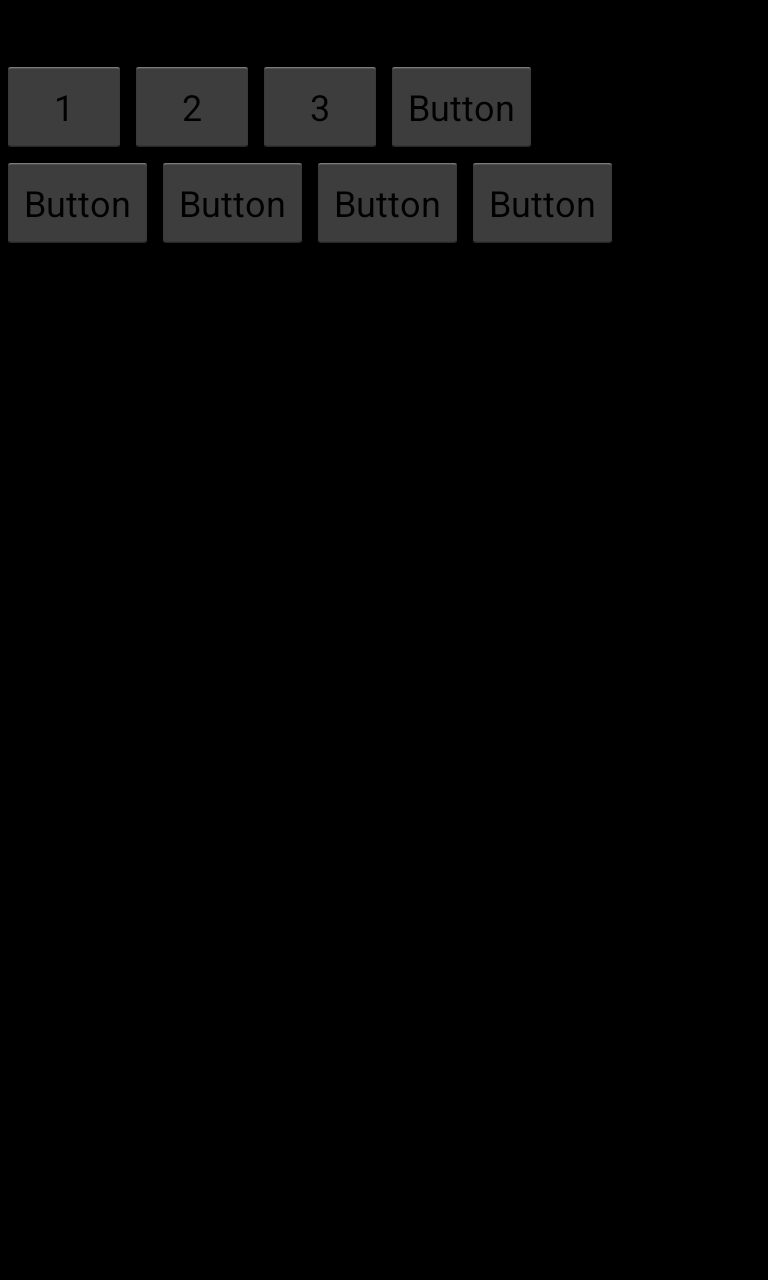
Repository: moetmd/learning-Android
Layout: Calculator/res/layout/activity_main.xml
The author's editor kept a copy of each file at every save. The layout is drawn from the files as they stood at one save, then again after the next save.
It is drawn on a 768 x 1280 px phone screen (xhdpi) without system bars, with theme AppTheme; the app's code is not run.

Above is the layout before, as saved 2014-11-19 12:52:09.

### Calculator/res/layout/activity_main.xml
<FrameLayout xmlns:android="http://schemas.android.com/apk/res/android"
    xmlns:tools="http://schemas.android.com/tools"
    android:id="@+id/container"
    android:background="#000"
    android:layout_width="match_parent"
    android:layout_height="match_parent"
    tools:context="com.niit.calculator.MainActivity"
    tools:ignore="MergeRootFrame" >

    <LinearLayout
        android:layout_width="match_parent"
        android:layout_height="match_parent"
        android:orientation="vertical" >


        <!-- 屏幕    独占一行 -->
        <TextView
            android:id="@+id/textView1"
            android:layout_width="match_parent"
            android:layout_height="wrap_content"
            android:text="Large Text"
            android:textAppearance="?android:attr/textAppearanceLarge" />

        <!-- 第一行数字键 -->
        <LinearLayout
            android:layout_width="match_parent"
            android:layout_height="wrap_content" >
            <Button
                android:id="@+id/button1"
                android:layout_width="wrap_content"
                android:layout_height="wrap_content"
                android:text="1" />

            <Button
                android:id="@+id/button2"
                android:layout_width="wrap_content"
                android:layout_height="wrap_content"
                android:text="2" />

            <Button
                android:id="@+id/button3"
                android:layout_width="wrap_content"
                android:layout_height="wrap_content"
                android:text="3" />

            <Button
                android:id="@+id/button4"
                android:layout_width="wrap_content"
                android:layout_height="wrap_content"
                android:text="Button" />
        </LinearLayout>
        <!-- 第一行数字键结束 -->

       	<!-- 第二行数字键 -->
        <LinearLayout
            android:layout_width="match_parent"
            android:layout_height="wrap_content" >
            <Button
                android:id="@+id/button1"
                android:layout_width="wrap_content"
                android:layout_height="wrap_content"
                android:text="Button" />

            <Button
                android:id="@+id/button2"
                android:layout_width="wrap_content"
                android:layout_height="wrap_content"
                android:text="Button" />

            <Button
                android:id="@+id/button3"
                android:layout_width="wrap_content"
                android:layout_height="wrap_content"
                android:text="Button" />

            <Button
                android:id="@+id/button4"
                android:layout_width="wrap_content"
                android:layout_height="wrap_content"
                android:text="Button" />
        </LinearLayout>
        <!-- 第二行数字键结束 -->

    </LinearLayout>

</FrameLayout>

Loaded but not shown: Calculator/res/values/styles.xml (common file); Calculator/res/values-v11/styles.xml (common file); Calculator/res/values-v14/styles.xml (common file)

After the next save:
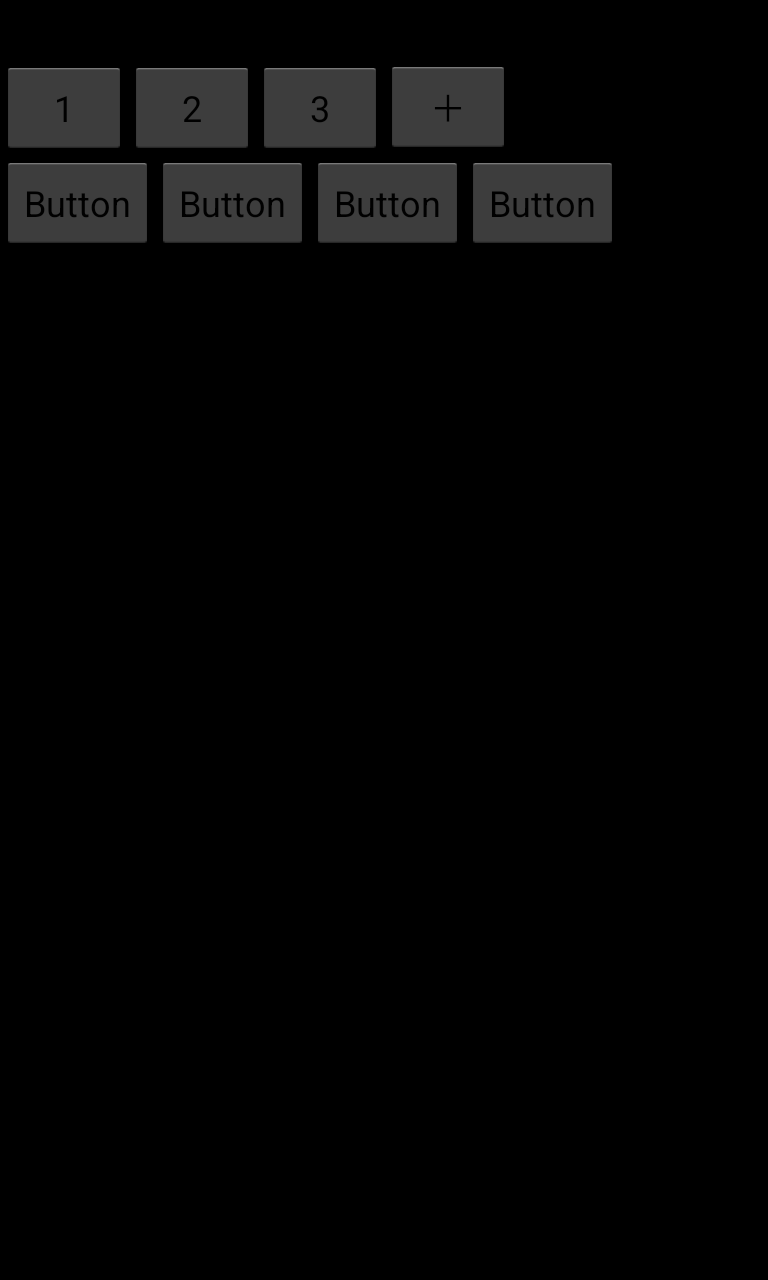
Saved 24 s later.
--- a/Calculator/res/layout/activity_main.xml
+++ b/Calculator/res/layout/activity_main.xml
@@ -47,7 +47,7 @@
                 android:id="@+id/button4"
                 android:layout_width="wrap_content"
                 android:layout_height="wrap_content"
-                android:text="Button" />
+                android:text="＋" />
         </LinearLayout>
         <!-- 第一行数字键结束 -->
 
